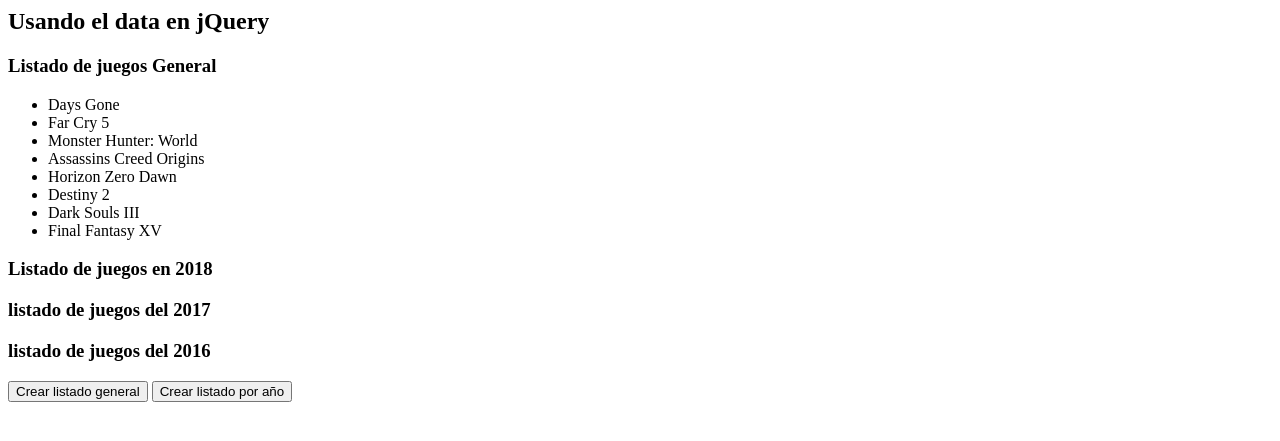
Repository: JesusSePe/M06
Page: jQuery/ej8.html
The author's editor kept a copy of each file at every save. The page is drawn from the files as they stood at one save, then again after a run of saves.
The browser window is 1280 px wide. The pictures show the whole page.
After loading, the first visible `input` was clicked once.

Above is the page before, as saved 2021-02-01 09:03:39.

### jQuery/ej8.html
<html>

<head>
    <meta charset="utf-8" />
    <script src="https://code.jquery.com/jquery-3.5.1.min.js"
        integrity="sha256-9/aliU8dGd2tb6OSsuzixeV4y/faTqgFtohetphbbj0=" crossorigin="anonymous"></script>
        <script type="text/javascript">
        /*Asignar el evento click:
        *input(listaGeneral) => crearJuegoLista
        *input(listaAnual) => asignarListaYear
        */
        $(function () {
            $("input[name=listaGeneral]").on("click", function () {
                crearJuegoLista();
            })
            /*$("input[name=listaAnual]").on("click", function () {
            *    construir();
            *})
            */
        });

        /*
        *Recorre el array asociativo juegos y crea un nuevo elemento de la lista
        * en el div de Listado de juegos general.
        * Asocia a ese elemento de la lista (li) el año del juego usando $.fn.data
        */
        function crearJuegoLista() {
            var juegos = {
                'Days Gone': '2018',
                'Far Cry 5': '2018',
                'Monster Hunter: World': '2018',
                'Assassins Creed Origins': '2017',
                'Horizon Zero Dawn': '2017',
                'Destiny 2': '2017',
                'Dark Souls III': '2016',
                'Final Fantasy XV': '2016'
            };

            $.each(juegos, function(key, value){
                $child = $('ul:first');
                $input = '<li>' + key + '</li>';
                $child.append($input);
            });
        }

        /*
        *Recorre la lista general y consultando la información guardada en data
        * de los elementos crea un nuevo elemento en la lista del año que toque
        */
        function asignarListaYear() {
        }
    </script>
</head>

<body>
    <h2>Usando el data en jQuery</h2>
    <div>
        <h3>Listado de juegos General</h3>
        <ul>
        </ul>
    </div>
    <div>
        <h3>Listado de juegos en <span>2018</span></h3>
        <ul>
        </ul>
    </div>
    <div>
        <h3>listado de juegos del <span>2017</span></h3>
        <ul>
        </ul>
    </div>
    <div>
        <h3>listado de juegos del <span>2016</span></h3>
        <ul>
        </ul>
    </div>
    <div>
        <input type="button" name="listaGeneral" value="Crear listado general" />
        <input type="button" name="listaAnual" value="Crear listado por año" />
    </div>
</body>

</html>

After the next 2 saves:
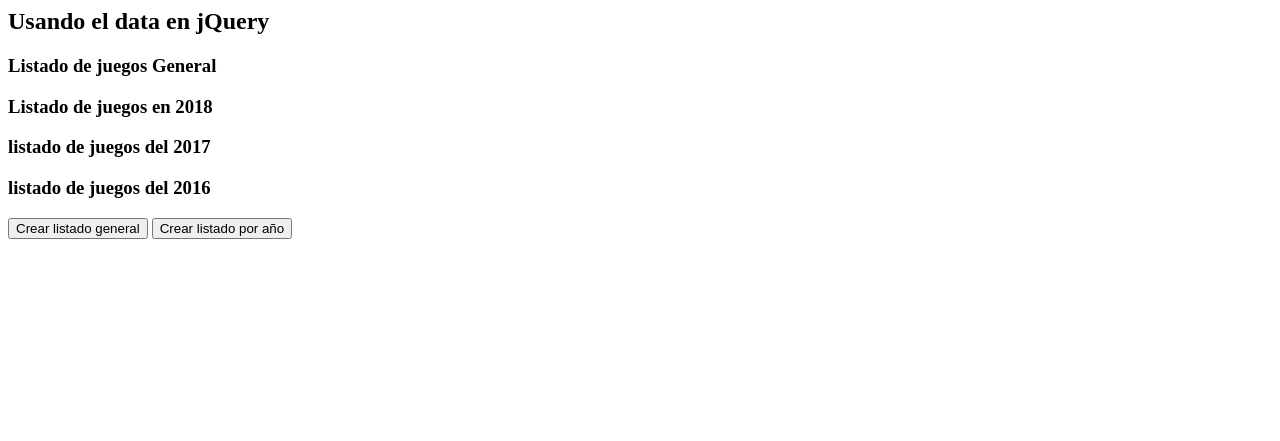
Console error: ReferenceError: $input is not defined
The 2 saves are shown as one change because they came seconds apart.
The last was saved 34 min 31 s later.
--- a/jQuery/ej8.html
+++ b/jQuery/ej8.html
@@ -38,7 +38,7 @@
 
             $.each(juegos, function(key, value){
                 $child = $('ul:first');
-                $input = '<li>' + key + '</li>';
+                $.fn.data = '<li>' + key + '</li>';
                 $child.append($input);
             });
         }
